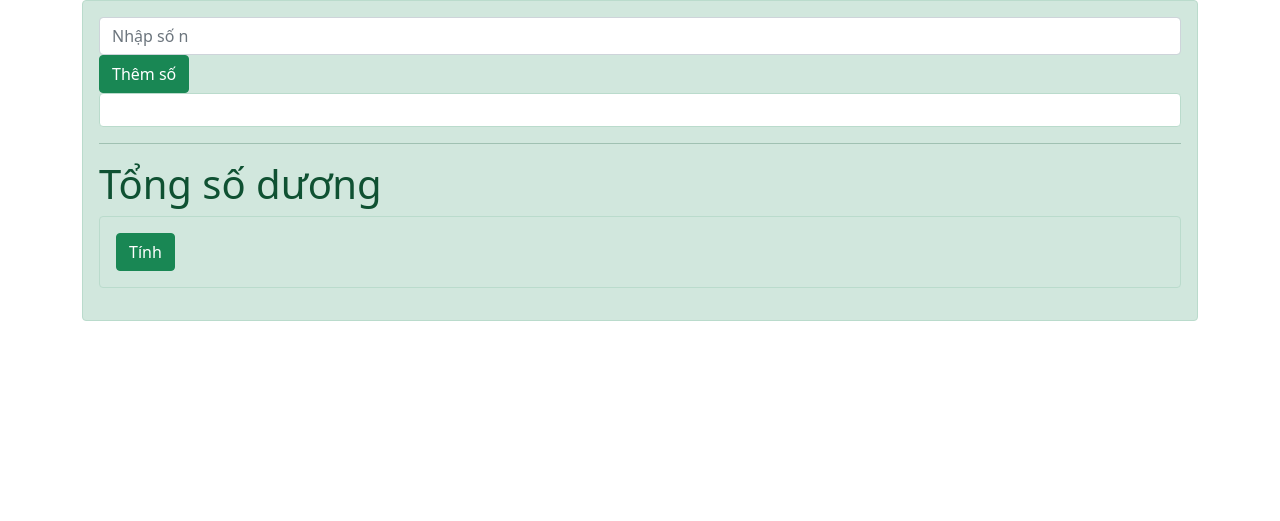
Repository: qkhanh1104k/Js-buoi7-8
Page: index.html
The author's editor kept a copy of each file at every save. The page is drawn from the files as they stood at one save, then again after the next save.
The browser window is 1280 px wide. The pictures show the whole page.

Above is the page before, as saved 2022-07-26 20:08:05.

After the next save:
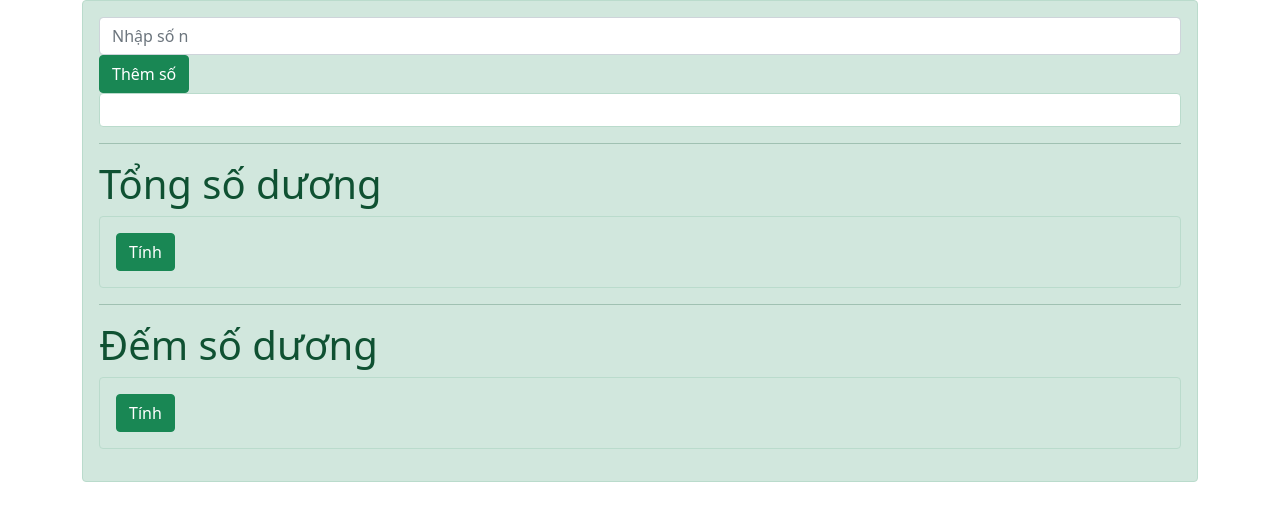
Saved 6 s later.
--- a/index.html
+++ b/index.html
@@ -31,6 +31,13 @@
               <button class="btn btn-success" onclick="calcSumNegative()">Tính</button>
             </div>
           </div>
+          <hr>
+          <h1>Đếm số dương</h1>
+          <div>
+            <div class="alert alert-success" id="resBt3">
+              <button class="btn btn-success" onclick="calcCountNegative()">Tính</button>
+            </div>
+          </div>
         </div>
       </div>
     </div>
